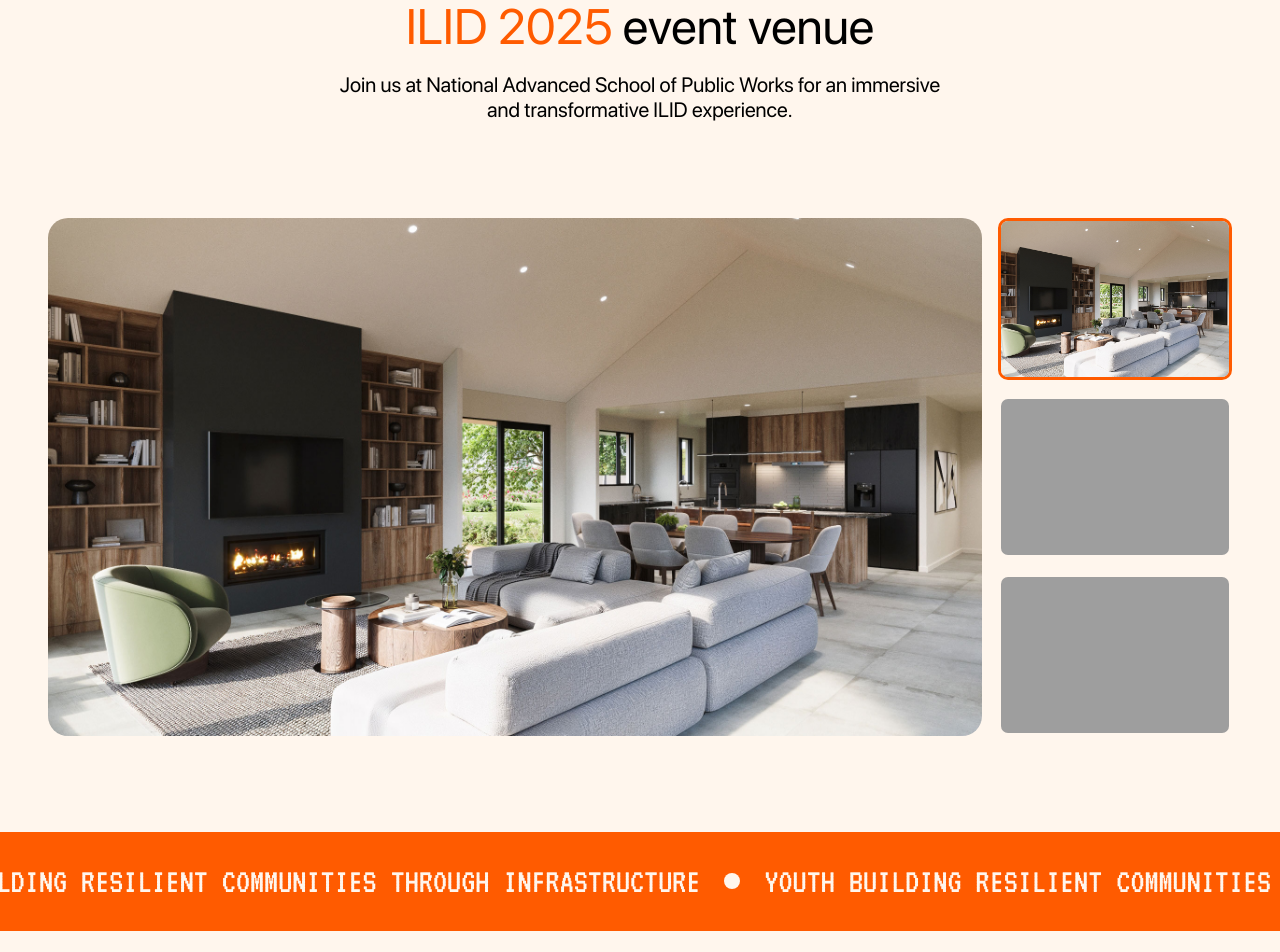
Repository: ilidevent/ilidwebsite
Page: /
The author's editor kept a copy of each file at every save. The page is drawn from the files as they stood at one save, then again after a run of saves.
The browser window is 1280 px wide. The pictures show the part of the page from y = 4230 to 5182 px (the page is 5209 px tall).
Pictures or frames that could not be fetched are drawn as grey boxes. The project was rebuilt for these pictures with package versions that can differ from the ones it lists, and the page was loaded fresh each time. The framework's server and built-in components were replaced by stand-ins that run in the browser. Also part of the build but not shown: next.config.ts.

Above is the page before, as saved 2025-03-13 21:23:55.

### app/layout.tsx
import type { Metadata } from "next";
import localFont from "next/font/local";
import { Navbar } from "@/components";
import "../styles/globals.scss";

const regular = localFont({
  src: "./fonts/SF-Pro-Display-Regular.ttf",
  variable: "--regular-font"
})

const medium = localFont({
  src: "./fonts/SF-Pro-Display-Medium.ttf",
  variable: "--medium-font"
})

const semibold = localFont({
  src: "./fonts/SF-Pro-Display-Semibold.ttf",
  variable: "--semibold-font"
})

const heavy = localFont({
  src: "./fonts/SF-Pro-Display-Heavy.ttf",
  variable: "--heavy-font"
})

const script = localFont({
  src: "./fonts/VT323-Regular.ttf",
  variable: "--script-font"
})

export const metadata: Metadata = {
  title: "Innovation Lab for Infrastructure Development",
  description: "Generated by create next app",
};

export default function RootLayout({
  children,
}: Readonly<{
  children: React.ReactNode;
}>) {
  return (
    <html lang="en">
      <body className={`${regular.variable} ${medium.variable} ${semibold.variable} ${heavy.variable} ${script.variable}`}>
        <Navbar/>
        {children}
      </body>
    </html>
  );
}

### app/page.tsx
import React from 'react'
import { HomePageWrapper } from '@/components'

const HomePage = () => {
  return (
    <div className='main'>
      <HomePageWrapper/>
    </div>
  )
}

export default HomePage

### components/index.ts
import Navbar from "./Navigation/Navbar";
import HomePageWrapper from "./HomePage/HomePageWrapper";

export {
  Navbar,
  HomePageWrapper
}

### components/Navigation/Navbar.tsx
import React from 'react'
import Image from 'next/image'
import Link from 'next/link'
import LOGO from "../../public/svg/whitelogo.svg"
import Button from '../ReUsables/Button'
import styles from "../../styles/Navigation/navbar.module.scss"

const Navbar = () => {
  const navLinks = [
    {
      name: "Attend",
      link: "/attend"
    },
    {
      name: "Speakers",
      link: "/speakers"
    },
    {
      name: "About",
      link: "/about"
    },
    {
      name: "Agenda",
      link: "/agenda"
    }
  ]

  const buttonOne = {
    name: "Pitch your idea",
    link: "/pitch-contest",
  }

  const buttonTwo = {
    name: "Partner with us",
    link: "/partners",
  }

  return (
    <>
      <header className={styles.nav__header}>
        <div className={`container ${styles.nav__container}`}>
          <div className={styles.nav__logo}>
            <Image fill quality={100} alt='ILID Logo' src={LOGO}/>
          </div>
          <nav className={styles.nav__center}>
            {
              navLinks.map((data, i) => (
                <Link key={i} href={data.link}>{data.name}</Link>
              ))
            }
          </nav>
          <nav className={styles.nav__right}>
            <Button fill={false} buttonInfo={buttonOne}/>
            <Button fill buttonInfo={buttonTwo}/>
          </nav>
        </div>
      </header>
    </>
  )
}

export default Navbar

### components/ReUsables/Button.tsx
import React from "react";
import Link from "next/link";
import styles from "../../styles/ReUsables/button.module.scss";

interface ButtonInfo {
  name: string;
  link: string;
}

const Button = ({
  buttonInfo,
  fill,
}: {
  buttonInfo: ButtonInfo;
  fill: boolean;
}) => {
  return (
    <>
      {fill ? (
        <Link className={styles.button__background} href={buttonInfo.link}>
          {buttonInfo.name}
        </Link>
      ) : (
        <Link className={styles.button__stroke} href={buttonInfo.link}>
          {buttonInfo.name}
        </Link>
      )}
    </>
  );
};

export default Button;

### styles/Navigation/navbar.module.scss
.nav__header {
  width: 100%;
  height: auto;
  padding: 1rem 0;
  position: fixed;
  top: 0;
  left: 0;
  z-index: 100;
}

.nav__container {
  position: relative;
  display: flex;
  justify-content: space-between;
  align-items: center;
}

.nav__logo {
  width: 270px;
  aspect-ratio: 1112.0159/400;
  position: relative;

  img {
    object-fit: cover;
  }
}

.nav__center {
  position: absolute;
  top: 50%;
  left: 50%;
  transform: translate(-50%, -50%);
  display: flex;
  gap: 1.5rem;

  a {
    color: var(--body-color);
    opacity: 1;
    transition: opacity 0.5s ease;

    &:hover {
      opacity: 0.5;
    }
  }
}

.nav__right{
  display: flex;
  gap: 1.5rem
}

### components/ReUsables/ReusableSection.tsx
import React from "react";
import HighlightedText from "./HighlighedText";
import Button from "./Button";
import ButtonTwo from "./ButtonTwo";
import styles from "../../styles/ReUsables/reusablesection.module.scss";

interface ReusableSectionProps {
  header: string;
  keywords?: string[];
  text: string;
  textColor: string;
  backgroundColor: string;
  buttonData?: {
    name: string;
    link: string;
  };
  children: React.ReactNode;
}

const ReusableSection = ({
  header,
  keywords,
  text,
  textColor,
  backgroundColor,
  buttonData,
  children,
}: ReusableSectionProps) => {
  return (
    <section
      className={`section ${styles.rs__section}`}
      style={{ backgroundColor: backgroundColor }}
    >
      <div className={`container ${styles.rs__container}`}>
        <div className={styles.rs__wrapper}>
          <div className={styles.rscontent__header}>
            <HighlightedText
              text={header}
              keywords={keywords}
              color={textColor}
            />
            <p style={{ color: textColor }} className={styles.p__tag}>{text}</p>
          </div>
          <div className={styles.rsmain__content}>{children}</div>
          {buttonData && backgroundColor === "#C24002" ? (
            <Button fill={false} buttonInfo={buttonData} />
          ) : (
            <ButtonTwo buttonInfo={buttonData} />
          )}
        </div>
      </div>
    </section>
  );
};

export default ReusableSection;

### components/ReUsables/PaddingTop.tsx
import React from 'react'
import styles from "../../styles/ReUsables/paddingtop.module.scss"

const PaddingTop = ({backgroundColor} : {backgroundColor: string}) => {
  return (
    <div className={styles.paddingtop} style={{backgroundColor: backgroundColor}}></div>
  )
}

export default PaddingTop

### components/ReUsables/AboutboxWrapper.tsx
import React from "react";
import AboutBox from "./AboutBox";
import { AboutData } from "@/utils";
import styles from "../../styles/ReUsables/aboutboxwrapper.module.scss";

const AboutboxWrapper = () => {
  return (
    <div className={styles.abw__wrapper}>
      {AboutData.map((data, i) => (
        <AboutBox key={i} boxData={data} />
      ))}
    </div>
  );
};

export default AboutboxWrapper;

### components/ReUsables/SpeakerWrapper.tsx
"use client";

import React, { useState } from "react";
import { SpeakerData } from "@/utils";
import SpeakerBox from "./SpeakerBox";
import { AnimatePresence } from "framer-motion";
import styles from "../../styles/ReUsables/aboutboxwrapper.module.scss";

const SpeakerWrapper = () => {
  const [activeButton, setActiveButton] = useState("speaker");

  const sectionData = SpeakerData.filter((item) =>
    item.roles.includes(activeButton)
  );
  return (
    <div className={styles.sb__wrapper}>
      <div className={styles.work__buttons}>
        <div
          className={`${styles.wbuttons} ${
            activeButton === "speaker" ? styles.active__button : ""
          }`}
          onClick={() => setActiveButton("speaker")}
        >
          Speakers
        </div>
        <div
          className={`${styles.wbuttons} ${
            activeButton === "workshop" ? styles.active__button : ""
          }`}
          onClick={() => setActiveButton("workshop")}
        >
          Workshops
        </div>
      </div>
      <div className={styles.sbw__wrapper}>
        <AnimatePresence>
          {sectionData.map((data, i) => (
            <SpeakerBox boxData={data} key={data.id}/>
          ))}
        </AnimatePresence>
      </div>
    </div>
  );
};

export default SpeakerWrapper;

### components/ReUsables/OpportunityWrapper.tsx
import React from 'react'
import OpportunityBox from './OpportunityBox'
import { OpportunityData } from '@/utils'
import styles from "../../styles/ReUsables/aboutboxwrapper.module.scss"

const OpportunityWrapper = () => {
  return (
    <div className={styles.obw__wrapper}>
      {OpportunityData.map((data, i) => (
        <OpportunityBox key={i} boxData={data} />
      ))}
    </div>
  )
}

export default OpportunityWrapper

### styles/ReUsables/button.module.scss
.button__background{
  padding: 0.7rem 1.5rem;
  border-radius: 100px;
  background-color: var(--body-color);
  color: var(--orange);
  border: 1px solid transparent;
  transition: all 0.5s ease;

  &:hover{
    border: 1px solid var(--body-color);
    color: var(--body-color);
    background-color: transparent;
  }
}

.button__stroke{
  padding: 0.7rem 1.5rem;
  border-radius: 100px;
  background-color: transparent;
  color: var(--body-color);
  border: 1px solid var(--body-color);
  transition: all 0.5s ease;

  &:hover{
    border: 1px solid transparent;
    color: var(--orange);
    background-color: var(--body-color);
  }
}

.button__strokeTwo{
  padding: 0.7rem 1.5rem;
  border-radius: 100px;
  background-color: transparent;
  color: var(--orange);
  border: 1px solid var(--orange);
  transition: all 0.5s ease;

  &:hover{
    border: 1px solid transparent;
    color: var(--body-color);
    background-color: var(--orange);
  }
}

### styles/ReUsables/venuebanner.module.scss
.vb__section{
  position: relative;
  width: 100%;
  height: auto;
  padding: 0rem 0 3rem;
}

.vbslider__container{
  width: 100%;
  padding: 2rem 0;
  border-bottom: 1px solid var(--orange);
}

.vb__slider{
  width: max-content;
  position: relative;
  display: flex;
}

.slider__main{
  display: flex;

  .slider__space{
    width: 1rem;
    height: 1rem;
    display: block;
  }
}

.slider__content{
  display: flex;
  gap: 1.5rem;
  align-items: center;
  font-family: var(--script-font);
  font-size: calc(var(--h2-font-size) - 0.3rem);
  color: var(--orange);
}

.first__slide{
  display: flex;
  align-items: center;
  gap: 1.5rem;

  p{
    word-wrap: none;
  }

  .span__button{
    display: block;
    width: 1rem;
    height: 1rem;
    border-radius: 50%;
    background-color: var(--orange);
  }
}

### components/ReUsables/HighlighedText.tsx
import React from 'react'
import styles from "../../styles/ReUsables/highlightedtext.module.scss";

interface HighlightedTextProps {
  text: string;
  // List of words you want to highlight (in lowercase)
  keywords?: string[];
  color: string;
}

const HighlightedText = ({
  text,
  keywords,
  color
}: HighlightedTextProps) => {
  // Split the text into words
  const words = text.split(" ");

  return (
    <p className={styles.large__text}>
      {words.map((word, index) => {
        // Remove punctuation for matching and convert to lowercase.
        const cleanedWord = word.replace(/[.,!?;:()]/g, "");

        if (keywords?.includes(cleanedWord)) {
          return (
            <span key={index} style={{color: "var(--orange)"}}>
              {word}{" "}
            </span>
          );
        } else {
          return (
            <span key={index} style={{color: color}}>
              {word}{" "}
            </span>
          );
        }
      })}
    </p>
  );
};

export default HighlightedText;

### components/ReUsables/ButtonTwo.tsx
import React from "react";
import Link from "next/link";
import styles from "../../styles/ReUsables/button.module.scss";

interface ButtonInfo {
  name: string;
  link: string;
}

const ButtonTwo = ({ buttonInfo }: { buttonInfo?: ButtonInfo }) => {
  if (!buttonInfo) return null; // or handle the undefined case as needed

  return (
    <>
      {buttonInfo && (
        <Link className={styles.button__strokeTwo} href={buttonInfo.link}>
          {buttonInfo.name}
        </Link>
      )}
    </>
  );
};

export default ButtonTwo;

### styles/ReUsables/reusablesection.module.scss
.rs__content{
  width: 100%;
  height: auto;
  position: relative;
}

.rs__container{
  height: max-content;
}

.rs__wrapper{
  width: 100%;
  height: auto;
  display: flex;
  flex-direction: column;
  justify-content: flex-start;
  gap: 6rem;
  align-items: center;
}

.rscontent__header{
  width: 60%;
  display: flex;
  flex-direction: column;
  align-items: center;
  justify-content: flex-start;
  gap: 1rem;

  .p__tag{
    text-align: center;
    width: 85%;
    font-size: calc(var(--normal-font-size) + 0.2rem);
  }
}

.rsmain__content{
  width: 100%;
  height: auto;
}

### styles/ReUsables/sloganbanner.module.scss
.sl__section{
  position: relative;
  width: 100%;
  height: auto;
  padding: 0rem 0 3rem;
}

.slslider__container{
  width: 100%;
  padding: 2rem 0;
  background-color: var(--orange);
}

.sl__slider{
  width: max-content;
  position: relative;
  display: flex;
}

.slider__main{
  display: flex;

  .slider__space{
    width: 1rem;
    height: 1rem;
    display: block;
  }
}

.slider__content{
  display: flex;
  gap: 1.5rem;
  align-items: center;
  font-family: var(--script-font);
  font-size: calc(var(--h2-font-size) - 0.3rem);
  color: var(--body-color);
}

.first__slide{
  display: flex;
  align-items: center;
  gap: 1.5rem;

  p{
    word-wrap: none;
  }

  .span__button{
    display: block;
    width: 1rem;
    height: 1rem;
    border-radius: 50%;
    background-color: var(--body-color);
  }
}

### styles/ReUsables/paddingtop.module.scss
.paddingtop{
  padding-top: 1.5rem;
}

### components/ReUsables/AboutBox.tsx
import React from "react";
import { StaticImageData } from "next/image";
import Image from "next/image";
import styles from "../../styles/ReUsables/aboutbox.module.scss";

interface BoxProps {
  image: StaticImageData;
  aspectRatio: string;
  name: string;
  text: string;
}

const AboutBox = ({ boxData }: { boxData: BoxProps }) => {
  return (
    <div className={styles.abox__wrapper}>
      <div className={styles.aboutbox}>
        <div className={styles.aboutboxer}>
          <div
            className={styles.aboutb__image}
            style={{ aspectRatio: boxData.aspectRatio }}
          >
            <Image fill quality={100} alt={boxData.name} src={boxData.image} />
          </div>
          <div className={styles.about__content}>
            <span>{boxData.name}</span>
            <p>{boxData.text}</p>
          </div>
        </div>
      </div>
      <div className={styles.animation}></div>
      <div className={styles.animationtwo}></div>
    </div>
  );
};

export default AboutBox;

### styles/ReUsables/aboutboxwrapper.module.scss
.abw__wrapper {
  width: 100%;
  height: auto;
  display: grid;
  grid-template-columns: repeat(3, 1fr);
  column-gap: 20px;
}

.obw__wrapper {
  width: 100%;
  height: auto;
  display: grid;
  grid-template-columns: repeat(3, 1fr);
}

.sb__wrapper {
  width: 100%;
  height: auto;
  display: flex;
  flex-direction: column;
  align-items: center;
  justify-content: flex-start;
  gap: 2rem;

  .sbw__wrapper {
    width: 100%;
    height: auto;
    display: grid;
    grid-template-columns: repeat(4, 1fr);
  }

  .work__buttons {
    width: max-content;
    padding: 0.4rem;
    border: 1px solid var(--body-color);
    display: flex;
    gap: 0.4rem;
    border-radius: 70px;

    .wbuttons {
      padding: 0.7rem 1.5rem;
      border: 1px solid transparent;
      border-radius: 70px;
      color: rgb(255, 246, 237, 0.5);
      cursor: pointer;
      transition: all 0.7s ease;

      &.active__button{
        border: 1px solid var(--body-color);
        color: var(--body-color);
      }
    }
  }
}

### components/ReUsables/SpeakerBox.tsx
import React from "react";
import Image from "next/image";
import { motion } from "framer-motion";
import { speakerAnimation } from "@/animations";
import { StaticImageData } from "next/image";
import styles from "../../styles/ReUsables/speaker.module.scss";

interface SpeakerProps{
  id: number;
  image: StaticImageData;
  name: string;
  position: string;
  roles: string[];
}


const SpeakerBox = ({boxData}: {boxData: SpeakerProps}) => {
  return (
    <motion.div variants={speakerAnimation} initial="initial" animate="enter" exit="closed" className={styles.speaker__box}>
      <div className={styles.speaker__image}>
        <Image fill quality={100} alt={boxData.name} src={boxData.image} />
      </div>
      <div className={styles.sbackground}>
        <div className={styles.sback__content}>
          <p>{boxData.name}</p>
          <span>{boxData.position}</span>
        </div>
      </div>
    </motion.div>
  );
};

export default SpeakerBox;

### components/ReUsables/OpportunityBox.tsx
import React from "react";
import Image from "next/image";
import { StaticImageData } from "next/image";
import Link from "next/link";
import styles from "../../styles/ReUsables/opportunitybox.module.scss";

interface BoxContentProps{
  heading: string;
  text: string;
  image: StaticImageData;
  linkData?: {
    name: string;
    link: string;
  }
}


const OpportunityBox = ({boxData}: {boxData: BoxContentProps}) => {
  return (
    <div className={styles.obox__wrapper}>
      <div className={styles.ob__content}>
        <span>{boxData.heading}</span>
        <p>
          {boxData.text}
        </p>
      </div>
      <div className={styles.obimage__wrapper}>
        <div className={styles.ob__image}>
          <Image fill quality={100} alt={boxData.heading} src={boxData.image} />
        </div>
        <div className={styles.overlay}></div>
        {boxData.linkData && <Link href="/speakers" className={styles.button__fill}>Become a speaker</Link>}
      </div>
    </div>
  );
};

export default OpportunityBox;

### styles/ReUsables/venuewrapper.module.scss
.venue__wrapper{
  width: 100%;
  aspect-ratio: 16/7;
  position: relative;
  display: flex;
  justify-content: space-between;
  align-items: flex-start;
  gap: 16px;
}

.venue__main{
  width: 80%;
  height: 100%;
  position: relative;
  overflow: hidden;
  border-radius: 20px;
}

.venueimage{
  width: 100%;
  height: 100%;
  position: absolute;
  top: 0;
  left: 0;
  opacity: 0;
  transition: opacity 0.7s ease;

  &.active__image{
    opacity: 1;
  }

  img{
    object-fit: cover;
  }
}

.venue__right{
  width: 20%;
  height: 100%;
  display: grid;
  grid-template-rows: repeat(3, 1fr);
  gap: 16px;
  position: relative;
}

.ivenue__wrapper{
  width: 100%;
  height: 100%;
  border-radius: 10px;
  position: relative;
  overflow: hidden;
  cursor: pointer;
  border: 3px solid transparent;
  transition: border 0.7s ease;

  &.active__image{
    border: 3px solid var(--orange);
  }

  .venue__overlay{
    width: 100%;
    height: 100%;
    position: absolute;
    z-index: 1;

  }
}

.venueimagetwo{
  width: 100%;
  height: 100%;
  position: relative;

  img{
    object-fit: cover;
  }
}

### styles/ReUsables/highlightedtext.module.scss
.large__text{
  font-size: calc(var(--h2-font-size) + 0.6rem);
}

### animations/index.ts
export const speakerAnimation = {
  initial: { opacity: 0 },

  enter: {
    opacity: 1,
    transition: { duration: 0.7, ease: [0.7, 0, 0.3, 1] },
  },

  closed: {
    opacity: 0,
    transition: { duration: 0.7, ease: [0.3, 0, 0.7, 0] },
  },
};

### styles/ReUsables/speaker.module.scss
.speaker__box{
  width: 100%;
  border: 1px solid var(--body-color);
  aspect-ratio: 413/510;
  position: relative;
  opacity: 0;
}

.speaker__image{
  width: 100%;
  height: 100%;
  position: relative;

  img{
    object-fit: cover;
  }
}

.sbackground{
  width: 100%;
  height: 100%;
  position: absolute;
  top: 0;
  left: 0;
  z-index: 1;
  padding: 1.2rem;
  background: linear-gradient(180deg, rgba(255, 255, 255, 0.00) 45%, rgba(255, 91, 0, 0.80) 100%);
  display: flex;
  flex-direction: column;
  opacity: 0;
  transition: opacity 0.7s ease;

  &:hover{
    opacity: 1;
  }
}

.sback__content{
  margin-top: auto;
  display: flex;
  flex-direction: column;
  gap: 0.05rem;
  color: var(--body-color);

  p{
    font-size: calc(var(--normal-font-size) + 0.5rem);
  }

  span{
    font-size: var(--small-font-size);
  }
}

### styles/ReUsables/opportunitybox.module.scss
.obox__wrapper{
  width: 100%;
  aspect-ratio: 550/700;
  position: relative;
  padding: 2.5rem 1.5rem 0rem;
  display: flex;
  flex-direction: column;
  justify-content: flex-start;
  align-items: flex-start;
  border: 1px solid var(--orange);
}

.ob__content{
  display: flex;
  flex-direction: column;
  width: 80%;
  height: auto;
  gap: 1rem;

  span{
    font-size: var(--h2-font-size);
    line-height: 1.1;
  }

  p{
    color: var(--text-color-light);
    width: 100%;
  }
}

.obimage__wrapper{
  width: 100%;
  height: 60%;
  position: absolute;
  bottom: 0;
  left: 0;
  overflow: hidden;
  border-top-left-radius: 20px;
  border-top-right-radius: 20px;
}

.ob__image{
  position: relative;
  width: 100%;
  height: 100%;

  img{
    object-fit: cover;
  }
}

.overlay{
  width: 100%;
  height: 100%;
  position: absolute;
  top: 0;
  left: 0;
  z-index: 1;
  background-color: rgba(255, 91, 0, 0.15);
}

.button__fill{
  padding: 0.6rem 1.3rem;
  border-radius: 100px;
  background-color: var(--orange);
  color: var(--body-color);
  border: 1px solid transparent;
  transition: all 0.5s ease;
  position: absolute;
  bottom: 1.5rem;
  left: 1.5rem;
  z-index: 2;
  font-size: var(--small-font-size);

  &:hover{
    border: 1px solid var(--body-color);
    background-color: transparent;
  }
}

Loaded but not shown: components/HomePage/HomePageWrapper.tsx (134 lines, source omitted); components/ReUsables/VenueBanner.tsx (90 lines, source omitted); components/ReUsables/SloganBanner.tsx (86 lines, source omitted); utils/index.ts (121 lines, source omitted); styles/globals.scss (167 lines, source omitted); styles/ReUsables/aboutbox.module.scss (113 lines, source omitted); components/ReUsables/VenueWrapper.tsx (64 lines, source omitted); components/ReUsables/HeroSection.tsx (70 lines, source omitted); styles/ReUsables/herosection.module.scss (94 lines, source omitted)

After the next 4 saves:
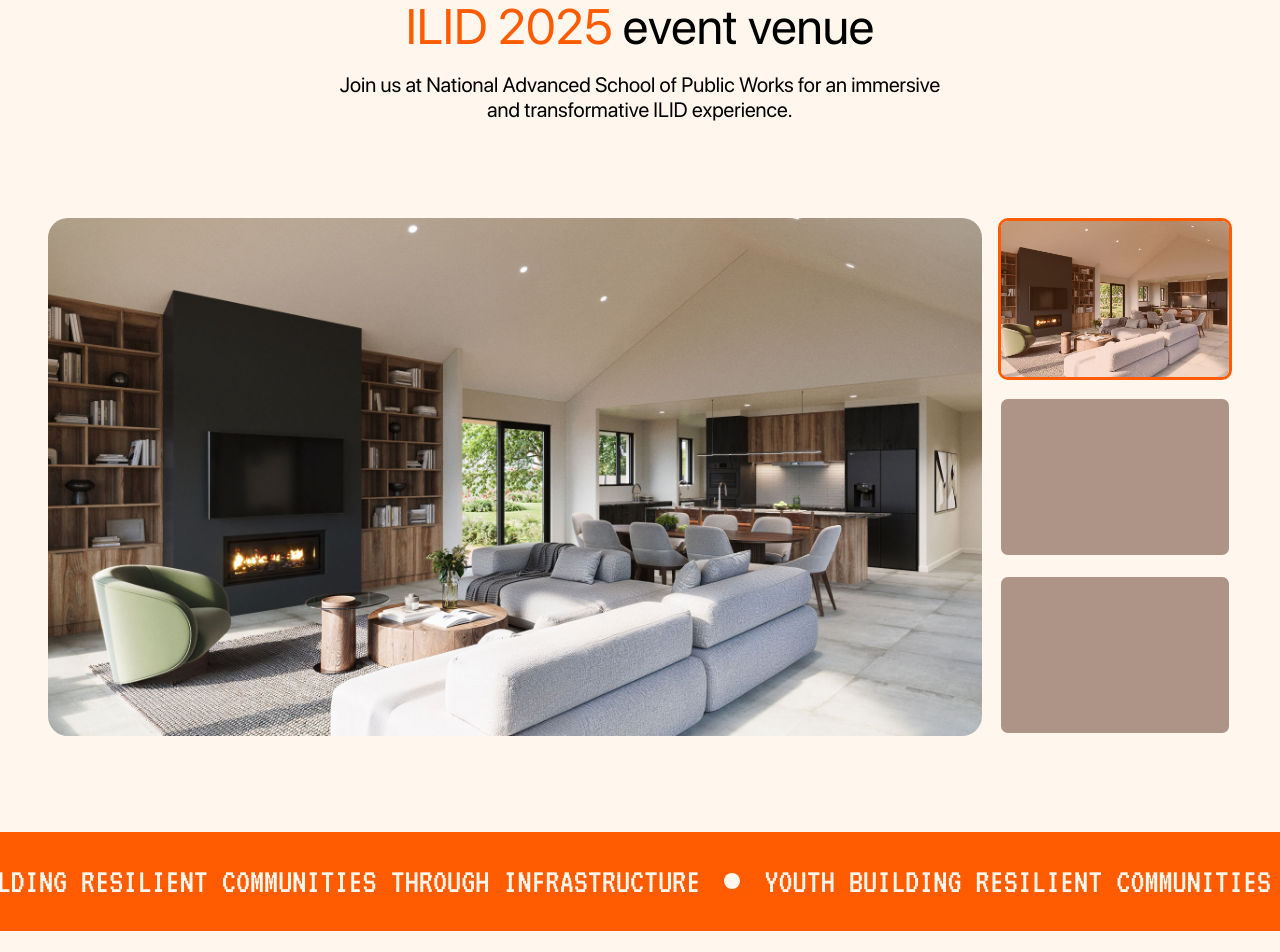
The 4 saves are shown as one change because 1 did not build or start and some came seconds apart.
The last was saved 36 s later.
--- a/styles/ReUsables/venuewrapper.module.scss
+++ b/styles/ReUsables/venuewrapper.module.scss
@@ -62,7 +62,9 @@
     height: 100%;
     position: absolute;
     z-index: 1;
-
+    top: 0;
+    left: 0;
+    background-color: rgba(255, 91, 0, 0.15);
   }
 }
 
